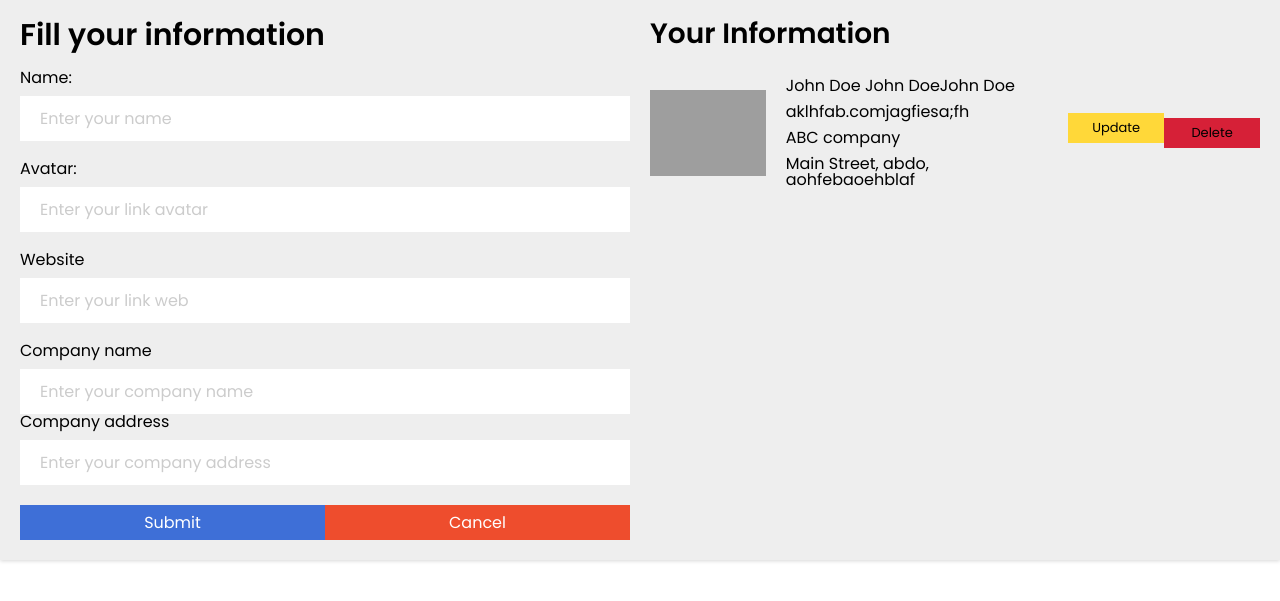
Repository: nttthao9/management
Page: index.html
An editor plug-in stored every save of this project. The page is shown before and after the next save, followed by the edit.
The browser window is 1280 px wide. The pictures show the whole page.
Pictures or frames that could not be fetched are drawn as grey boxes. Some web libraries are served in a nearby version.

Above is the page before, as saved 2021-10-13 11:11:48.

### index.html
<!DOCTYPE html>
<html lang="en">

<head>
  <meta charset="UTF-8">
  <meta http-equiv="X-UA-Compatible" content="IE=edge">
  <meta name="viewport" content="width=device-width, initial-scale=1.0">
  <title>Promise</title>
  <link rel="preconnect" href="https://fonts.googleapis.com">
  <link rel="preconnect" href="https://fonts.gstatic.com" crossorigin>
  <link href="https://fonts.googleapis.com/css2?family=Poppins:wght@300;400;500;600&display=swap" rel="stylesheet">
  <link rel="stylesheet" href="https://cdnjs.cloudflare.com/ajax/libs/font-awesome/5.1.0-11/css/all.css"
    integrity="sha512-xO/VZFNBvip9IT+BD6Nq/pHdBvKeFcwygKqARlegjQ+5A68KsMSYrPbGP1oYow5ec9Tqq8peJXcn5J1bD4O00w=="
    crossorigin="anonymous" referrerpolicy="no-referrer" />
  <link rel="stylesheet" href="./.vscode/style.css">
</head>

<body>
  <div class="container">
    <div class="fill-infor">
      <form action="" id="form" autocomplete="off">
        <h2 class="form-title">Fill your information</h2>
        <div class="fill fill-name">
          <label for="name">Name:</label>
          <input type="text" id="name" name="name" autocomplete="off" placeholder="Enter your name">
        </div>
        <div class="fill fill-avatar">
          <label for="avatar">Avatar:</label>
          <input type="text" id="avatar" name="avatar" placeholder="Enter your link avatar">
        </div>
        <div class="fill fill-link">
          <label for="link-web">Website</label>
          <input type="link-web" id="link-web" name="link-web" placeholder="Enter your link web">
        </div>
        <div class="fill fill-company">
          <label for="company">Company name</label>
          <input type="text" id="company-name" name="company-name" placeholder="Enter your company name">
          <label for="company">Company address</label>
          <input type="text" id="company-address" name="company-address" placeholder="Enter your company address">
        </div>
        <div class="fill-btn">
          <button type="submit" class=" btn btn-submit">Submit</button>
          <button type="submit" class="btn btn-cancel">Cancel</button>
        </div>

      </form>
      <div class="manage">
        <h3 class="filled">Your Information</h3>
        <div class="manage-infor">
          <div class="infor-item">
            <div class="your-image">
              <img src="http://lorempixel.com/640/480/abstract/" alt="">
            </div>
            <div class="infor-desc">
              <div class="your-name">
                <span class="name">John Doe John DoeJohn Doe</span>
              </div>
              <div class="your-link">
                <span class="name">aklhfab.comjagfiesa;fh</span>
              </div>
              <div class="your-company">
                <span class="name">ABC company</span>
              </div>
              <div class="your-address">
                <span class="name">Main Street, abdo, aohfebaoehblaf</span>
              </div>
            </div>
            <button type="submit" class="btn btn-update">Update</button>
            <button type="submit" class=" btn btn-delete">Delete</button>
          </div>
        </div>
      </div>
    </div>
  </div>
  <script src="./main.js"></script>
</body>

</html>

### .vscode/style.css
html {
  box-sizing: border-box;
  font-size: 62.5%;
}
* {
  margin: 0;
  padding: 0;
}
*,
*:before,
*:after {
  box-sizing: border-box;
}
input,
textarea,
select,
button {
  outline: none;
}
input {
  line-height: normal;
}
label,
button {
  cursor: pointer;
}
a {
  text-decoration: none;
}
img {
  display: block;
  max-width: 100%;
}
body {
  font-family: 'Poppins', sans-serif;
  line-height: 1;
  font-size: 1.6rem;
}
.container {
  padding: 2rem;
  background-color: #eee;
  box-shadow: rgba(0, 0, 0, 0.16) 0px 1px 4px;
}
.btn {
  padding: 5px 1rem;
  border: 0;
  font-size: 1.3rem;
  font-family: 'Poppins', sans-serif;
  cursor: pointer;
  transition: all 0.25s linear;
  width: 10rem;
}
.btn:hover {
  color: #333;
}
.fill-infor {
  display: flex;
  justify-content: space-between;
}
.image {
  width: 50%;
}
img {
  width: 100%;
}
#form {
  width: 50%;
}
.form-title {
  font-size: 3rem;
  margin-bottom: 2rem;
}
.fill {
  margin-bottom: 2rem;
}
.fill-btn {
  display: flex;
  justify-content: space-between;
}
label,
input {
  display: block;
}
label {
  margin-bottom: 1rem;
}
input {
  width: 100%;
  padding: 1rem 2rem;
  border: 0;
  font-size: 1.6rem;
  font-family: 'Poppins', sans-serif;
  color: #333;
}
input::-webkit-input-placeholder {
  color: #ccc;
}
input::-moz-placeholder {
  color: #ccc;
}
input:-ms-input-placeholder {
  color: #ccc;
}
input::-ms-input-placeholder {
  color: #ccc;
}
input::placeholder {
  color: #ccc;
}
.btn-submit {
  width: 100%;
  font-size: 1.6rem;
  background-color: #3e6fd7;
  color: white;
}
.btn-cancel {
  font-size: 1.6rem;
  background-color: #ee4d2d;
  width: 100%;
  color: white;
}
.manage {
  width: 50%;
  margin-left: 2rem;
}
.infor-item {
  display: flex;
  /* justify-content: space-between; */
  align-items: center;
}
.infor-desc {
  margin: 0 2rem;
}
.infor-desc span {
  display: block;
  margin: 1rem 0;
}
.button {
  margin-left: auto;
}
.filled {
  font-size: 2.8rem;
  margin-bottom: 2rem;
}
.your-image {
  width: 20%;
  /* height: 5rem; */
}

.btn-update {
  background-color: #ffd839;
  margin-bottom: 1rem;
}
.btn-delete {
  background-color: #d62037;
}

Loaded but not shown: main.js (no stored copy; drawn as an empty file)

After the next save:
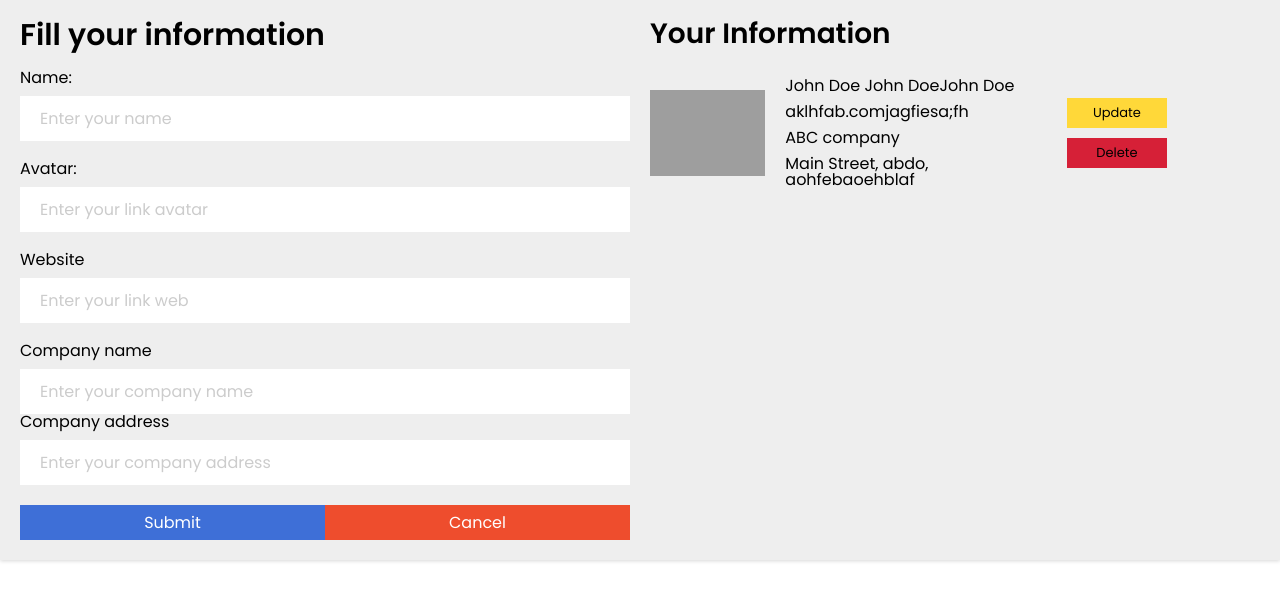
Saved 22 min 4 s later.
--- a/index.html
+++ b/index.html
@@ -65,8 +65,10 @@
                 <span class="name">Main Street, abdo, aohfebaoehblaf</span>
               </div>
             </div>
-            <button type="submit" class="btn btn-update">Update</button>
-            <button type="submit" class=" btn btn-delete">Delete</button>
+            <div class="button">
+              <button type="submit" class="btn btn-update">Update</button>
+              <button type="submit" class=" btn btn-delete">Delete</button>
+            </div>
           </div>
         </div>
       </div>
